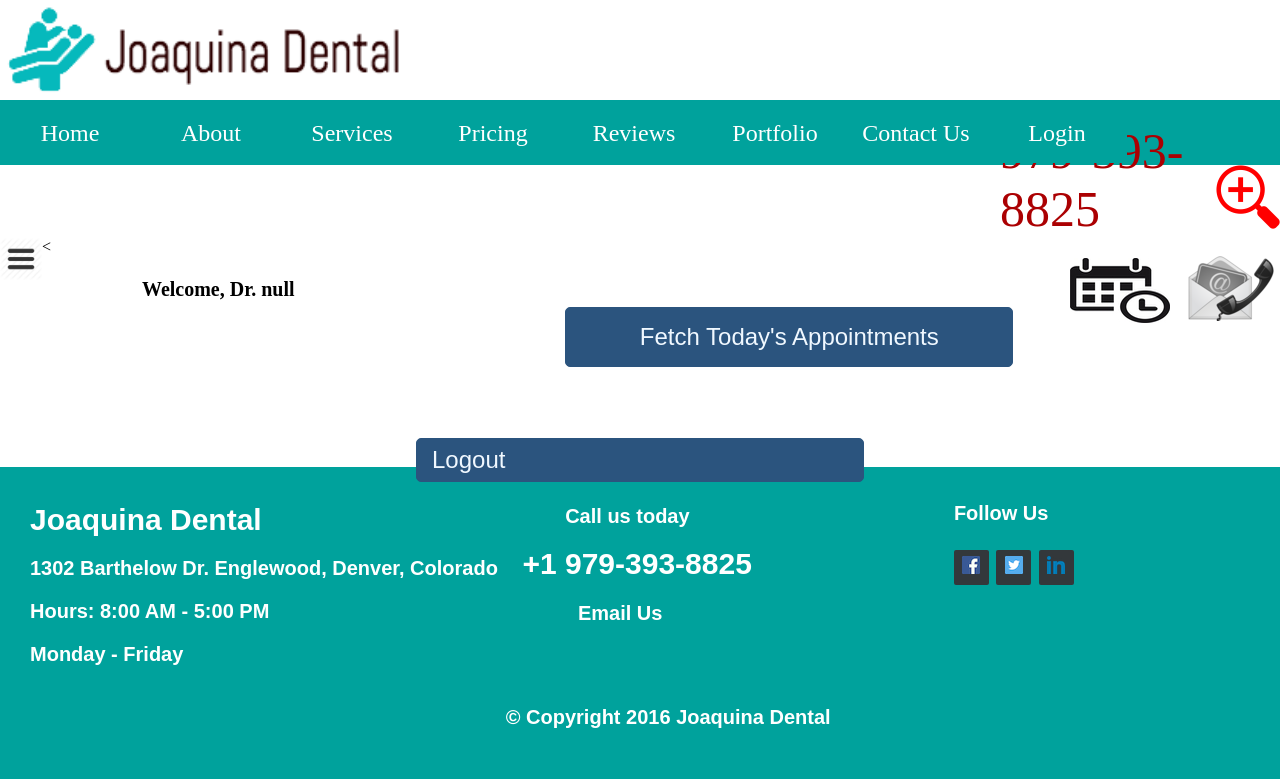
Repository: ManjushaBolishetty/test
Page: http://localhost/test/DentistHomePage.jsp
An editor plug-in stored every save of this project. The page is shown before and after the next save, followed by the edit.
The browser window is 1280 px wide. The pictures show the whole page.
The page is served by Tomcat 9.

Above is the page before, as saved 2016-04-03 07:54:08.

After the next save:
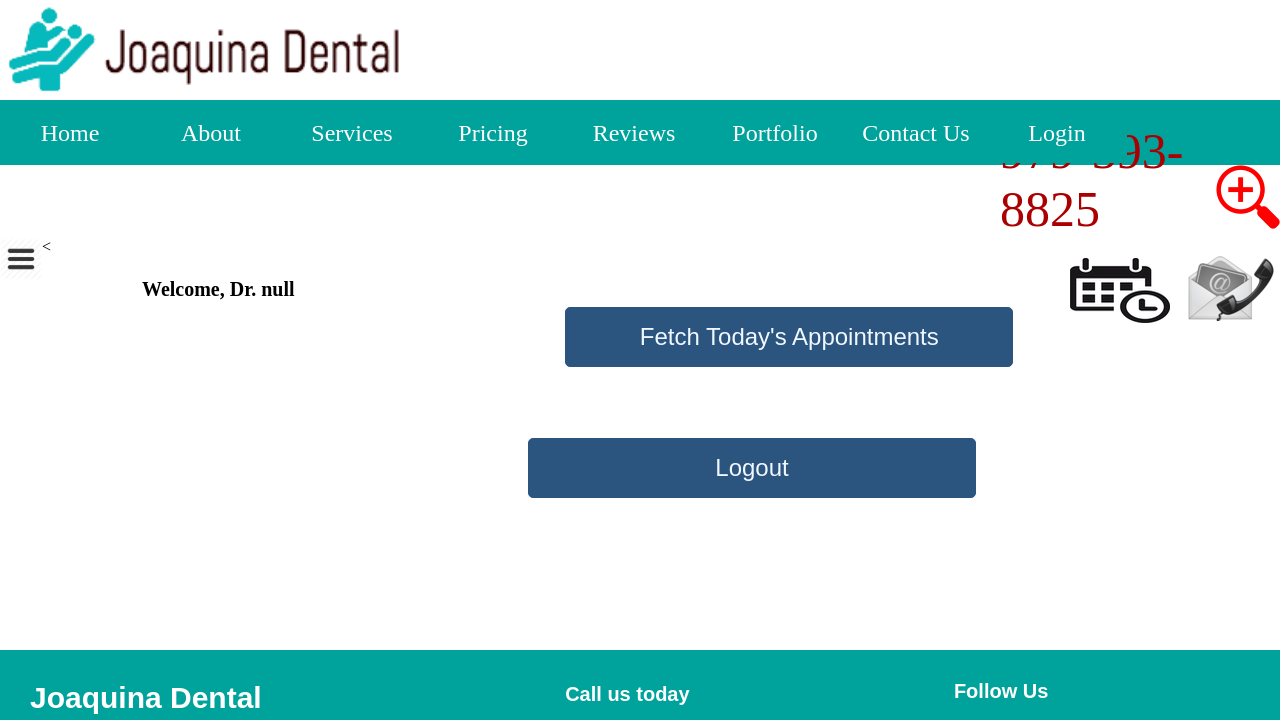
Saved 13 s later.
--- a/test/WebContent/CSS/testeverything.css
+++ b/test/WebContent/CSS/testeverything.css
@@ -233,14 +233,14 @@ input[type=checkbox]:checked ~ #menu{
   text-align:center;
 }
 
-.Logoutbutton input{
+/* .Logoutbutton input{
 	float: left;
 	padding-right:100px;
 	font-size: 20px;
     display: block;
     line-height: 12px;
     text-align: left;
-}
+} */
 
 .Logindate h4{
 	float: left;
@@ -255,6 +255,7 @@ input[type=checkbox]:checked ~ #menu{
 /*For Footer*/
 footer{
 padding-left:40px;
+position: fixed;
 }
 
 .footer-distributed{
